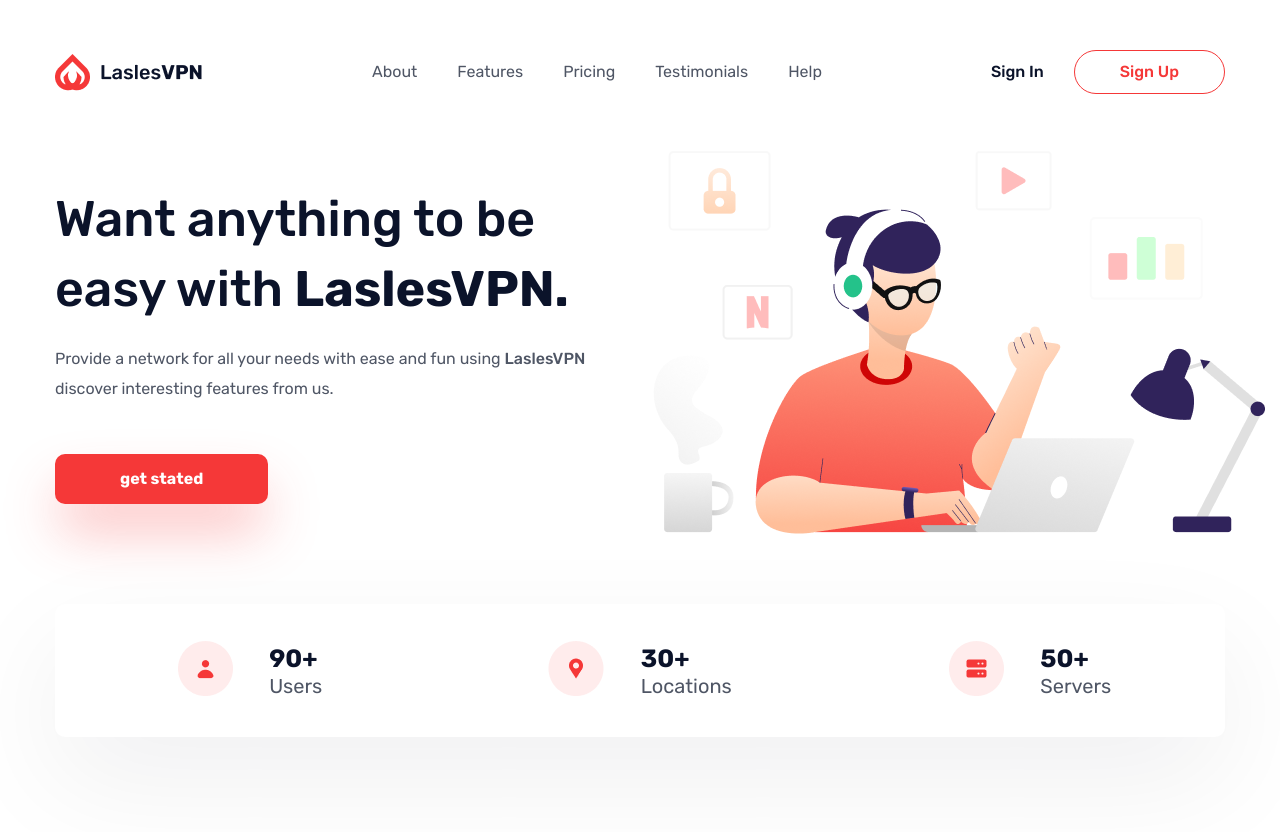
Repository: longvuht/lasles-VPN-vu
Page: index.html
These files come from the project's save history. The page is drawn as it stood at one moment and after the next save; the edit follows.
The browser window is 1280 px wide. The pictures show the whole page.
The style sheet was rebuilt from its Sass, Less or Tailwind sources for each picture, by a compiler version that may differ from the author's.

Above is the page before, as saved 2022-09-10 17:17:27.

After the next save:
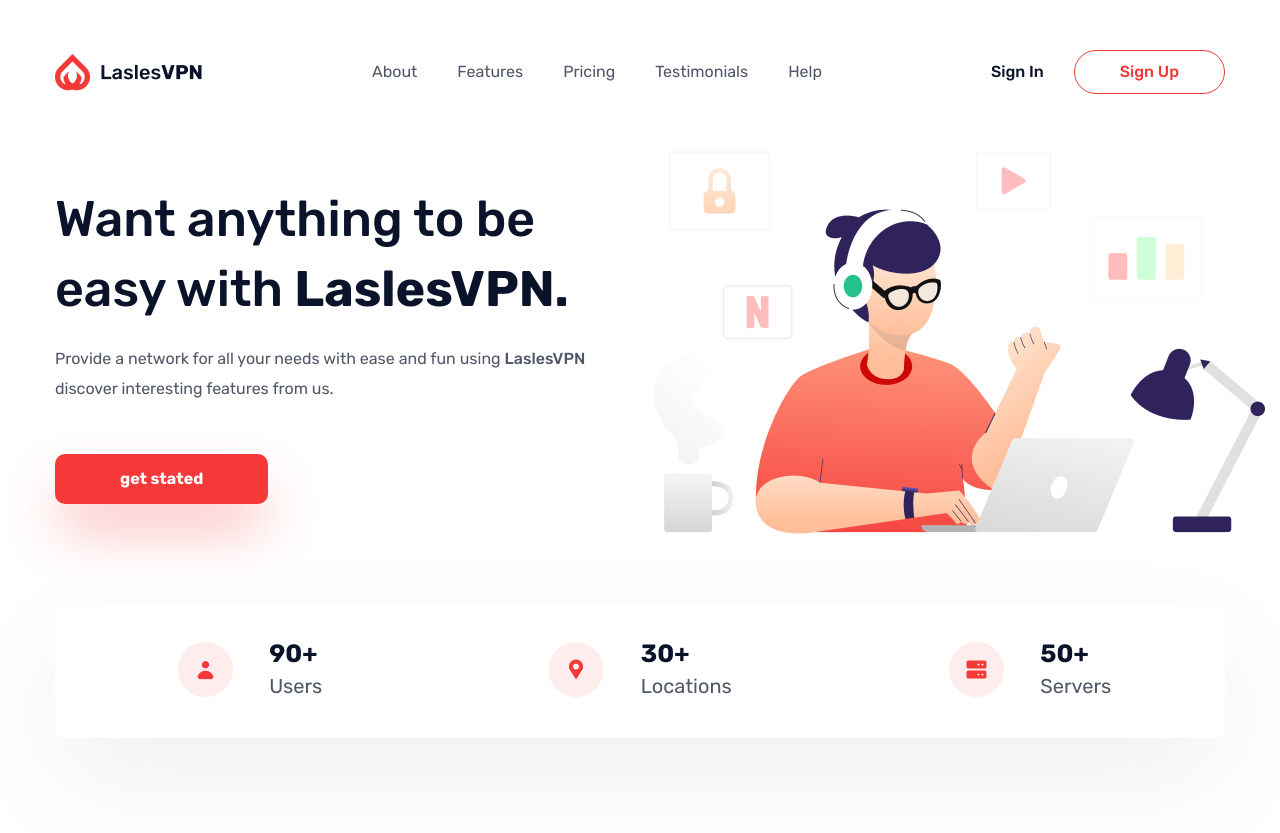
Saved 51 s later.
--- a/sass/_intro.scss
+++ b/sass/_intro.scss
@@ -19,4 +19,7 @@
     font-size: 25px;
     margin-bottom: 5px;
   }
+  &-text {
+    line-height: calc(30 / 20);
+  }
 }
